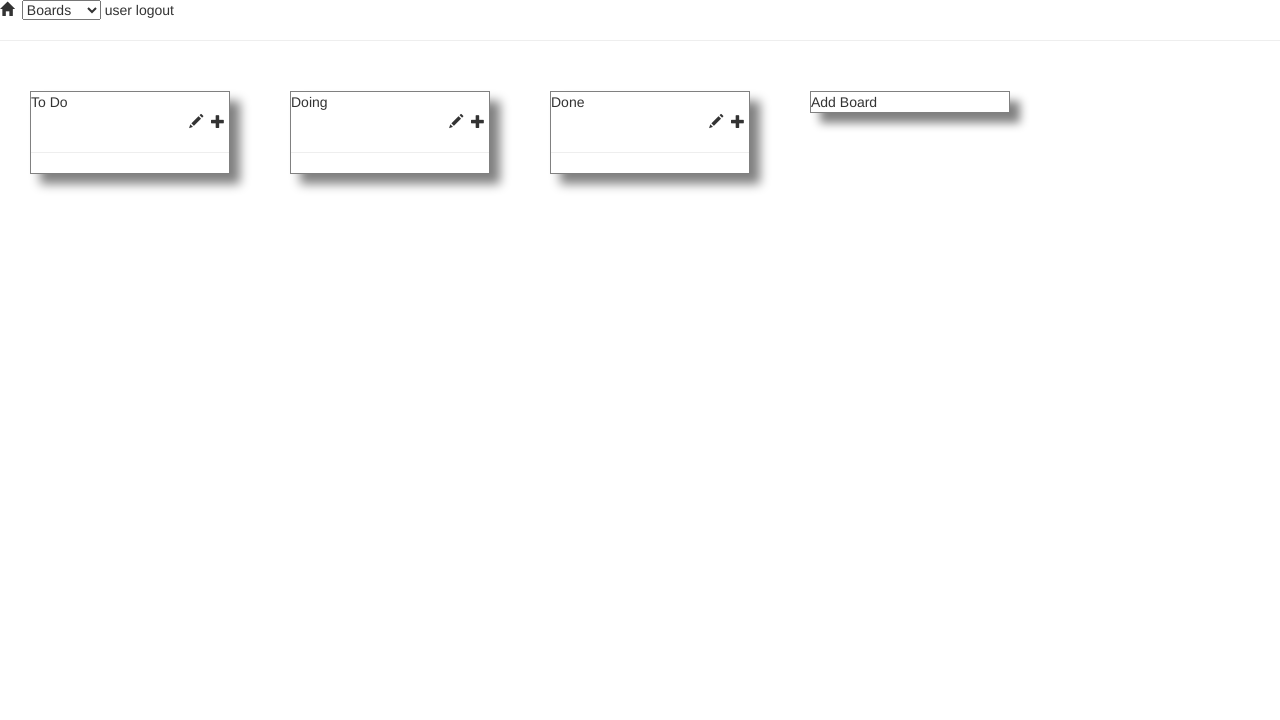
Repository: KIM-KYOUNG-OH/bitcamp-window
Page: Note/WebContent/front/note.html
The author's editor kept a copy of each file at every save. The page is drawn from the files as they stood at one save, then again after the next save.
The browser window is 1280 px wide. The pictures show the whole page.

Above is the page before, as saved 2020-10-30 01:08:19.

### Note/WebContent/front/note.html
<!DOCTYPE html>
<html>
<head>
<meta charset="UTF-8">
<title>Insert title here</title>
<!-- Latest compiled and minified CSS -->
<link rel="stylesheet" href="https://maxcdn.bootstrapcdn.com/bootstrap/3.4.1/css/bootstrap.min.css">

<!-- jQuery library -->
<script src="https://ajax.googleapis.com/ajax/libs/jquery/3.5.1/jquery.min.js"></script>

<!-- Latest compiled JavaScript -->
<script src="https://maxcdn.bootstrapcdn.com/bootstrap/3.4.1/js/bootstrap.min.js"></script>
<script src="https://code.jquery.com/jquery-3.5.0.js"></script>

<style type="text/css">
	div.boards{
		float: left;
		margin: 30px;
		border: 1px solid gray;
		box-shadow: 10px 10px 10px grey;
		width: 200px;
	}

	.board_title{
		display: none;
	}

	.icon{
		text-align: right;
	}

	.add_data:hover{
		cursor: pointer;
		font-weight: bold;
		color: green;
	}

	#dialog-form>form{
		position: absolute;
		left: 100px;
		top: 100px;
		width: 300px;
		height: 700px;
		border: 1px solid black;
		background-color: white;
		z-index: 10;
		padding: 10px;
	}

	#update-form>form{
		position: absolute;
		left: 100px;
		top: 100px;
		width: 300px;
		height: 700px;
		border: 1px solid black;
		background-color: white;
		z-index: 10;
		padding: 10px;
	}

	div.lst:hover{
		background-color: rgb(211,211,211);
		cursor: pointer;

	}

	div.lst{
		margin: 5px;
	}

	img.imgs{
		width: 188px;
	}

</style>
</head>
<script type="text/javascript">
$(function(){
	$("#dialog-form").hide();
	$('#update-form').hide();
	showDatas();

	$("#create_data").click(function(){
		$("#dialog-form").show();
	});

	// 노트 추가
	$("#btnadd").click(function(){
		var title = $("#title").val();
		var description = $("#description").val();
		var commention = $("#comment").text();
		var imageValue = $("#image").val().split("\\");
		var image = "../image/"+imageValue[imageValue.length-1];
		alert(image);
		var dueDate = $("#dueDate").val();
		$.ajax({
			type:'get',
			url:'./insertdata.jsp',
			datatype:'html',
			data:{"title":title,"description":description,"commention":commention,
				"image":image,"dueDate":dueDate},
			success:function(data){

				showDatas();
				$("#title").val('');
				$("#description").val('');
				$("#comment").val('');
				$("#image").val('');
				$("#dueDate").val('');
				$("#dialog-form").hide();
			}
		});
	});

	// insert폼창 닫기
	$("#btncancel").click(function(){
		$("#title").val('');
		$("#description").val('');
		$("#comment").val('');
		$("#image").val('');
		$("#dueDate").val('');
		$("#dialog-form").hide();
	});

	// 데이터 클릭시 form창 열기
	$('#datas').click(function(){
		$('#update-form').show();
		showFormData();
	});

	// update폼창 닫기
	$('#up_btncancel').click(function(){
		$("#up_title").val('');
		$("#up_description").val('');
		$("#up_comment").val('');
		$("#up_image").val('');
		$("#up_dueDate").val('');
		$('#update-form').hide();
	});
});

function showFormDatas(){
	$.ajax({
		type: 'post',
		url: "./showdatas.jsp",
		dataType:'json',
		success:function(data){

		}
	});
}

function showDatas(){
	$.ajax({
		type: 'post',
		url: "./showdatas.jsp",
		dataType:'json',
		success:function(data){
			var s = '';
			$(data).each(function(i, elt) {
				s += "<div class='lst'>";
				s += "<b>"+(i+1)+". "+elt.title+ "</b><br>";
				if(elt.description){
					s += "<span class='glyphicon glyphicon-align-left'></span><br>";
				}
				if(elt.image){
					s += "<img class='imgs' src='"+elt.image+"'>";
				}
				s += "</div><hr>";
			});

			$("#datas").html(s);
		}
	});
}

</script>
<body>
<div id="dialog-form">
  <form>
	<fieldset>
	<h4 style='text-align: center;'><b>노트 추가</b></h4><br>
		<label>title</label><br>
		<input type="text" id="title" required="required" placeholder="노트명 입력"><br>
		<label>description</label><br>
		<textarea id="description" rows='8' cols='35'></textarea><br>
		<label>commention</label><br>
		<input type="text" id="input_comment" placeholder="코멘트 입력"><br>
		<div id="comment">대화</div><br>
		<label>image</label>
		<input type="file" id="image"><br>
		<label>dueDate</label>
		<input type="date" id="dueDate"><br>
		<button id="btnadd" type="submit" class="btn btn-success">노트 추가</button>&nbsp;
		<button id="btncancel" class="btn btn-danger">cancel</button>
	</fieldset>
  </form>
</div>

<div id="update-form">
  <form>
	<fieldset>
	<h4 style='text-align: center;'><b>노트 정보</b></h4><br>
		<label>title</label><br>
		<input type="text" id="up_title" required="required" placeholder="노트명 입력"><br>
		<label>description</label><br>
		<textarea id="up_description" rows='8' cols='35'></textarea><br>
		<label>commention</label><br>
		<input type="text" id="up_input_comment" placeholder="코멘트 입력"><br>
		<div id="up_comment">대화</div><br>
		<label>image</label>
		<input type="file" id="up_image"><br>
		<label>dueDate</label>
		<input type="date" id="up_dueDate"><br>
		<button id="btnupdate" type="submit" class="btn btn-success">노트 수정</button>&nbsp;
		<button id="btndelete" type="submit" class="btn btn-warning">노트 삭제</button>&nbsp;
		<button id="up_btncancel" class="btn btn-danger">cancel</button>
	</fieldset>
  </form>
</div>

<div id='head'></div>
	<span class="glyphicon glyphicon-home"></span>&nbsp;
	<select>
		<option>Boards</option>
		<option>Calendar</option>
	</select>
	<span id='user'>user</span>
	<span>logout</span>
	<hr>
<div id='body'></div>
	<div class='boards'><input type="text" class='board_title'><span>To Do</span><br>
	<div class='icon'>
		<span class="glyphicon glyphicon-pencil"></span>&nbsp;
		<span class="add_data glyphicon glyphicon-plus" id='create_data'></span>&nbsp;
	</div><hr>
	<div id='datas'></div>
	</div>












	<div class='boards'><input type="text" class='board_title'><span>Doing</span><br>
	<div class='icon'>
		<span class="glyphicon glyphicon-pencil"></span>&nbsp;
		<span class="glyphicon glyphicon-plus"></span>&nbsp;
	</div>
	<hr></div>
	<div class='boards'><input type="text" class='board_title'><span>Done</span><br>
	<div class='icon'>
		<span class="glyphicon glyphicon-pencil"></span>&nbsp;
		<span class="glyphicon glyphicon-plus"></span>&nbsp;
	</div><hr>
	<div></div>
</div>
<div class='boards'>Add Board</div>

</body>
</html>

After the next save:
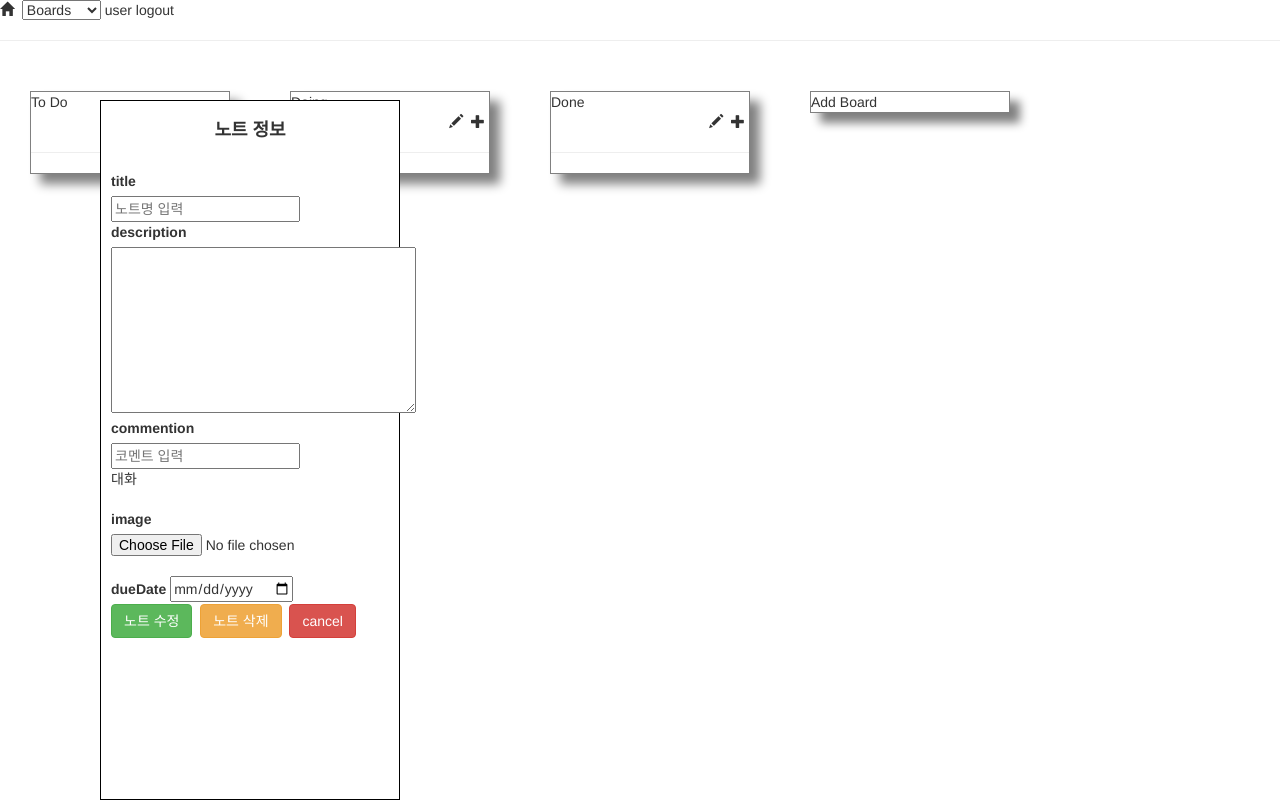
Console error: SyntaxError: Unexpected string
Saved 11 min 28 s later.
--- a/Note/WebContent/front/note.html
+++ b/Note/WebContent/front/note.html
@@ -144,8 +144,9 @@
 function showFormDatas(){
 	$.ajax({
 		type: 'post',
-		url: "./showdatas.jsp",
+		url: "./getdata.jsp",
 		dataType:'json',
+		data:{"num",num},
 		success:function(data){
 
 		}

After the save that followed:
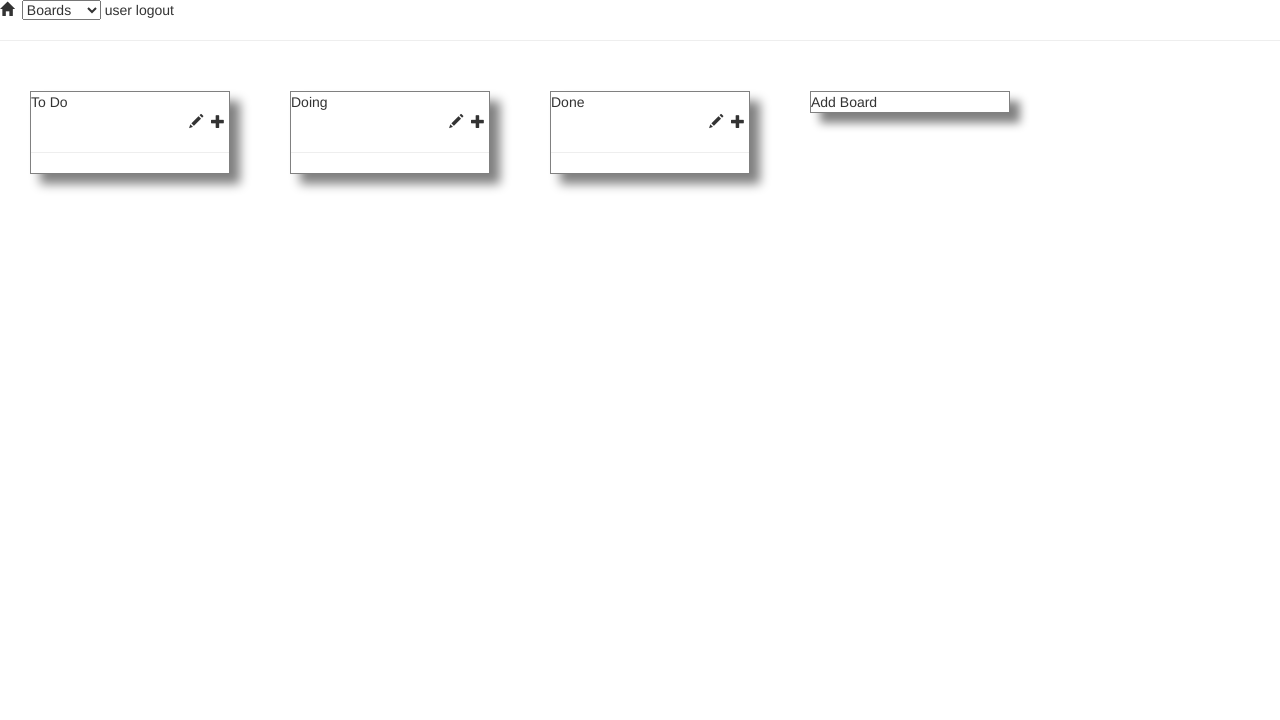
The error is gone.
Saved 14 s later.
--- a/Note/WebContent/front/note.html
+++ b/Note/WebContent/front/note.html
@@ -146,7 +146,7 @@
 		type: 'post',
 		url: "./getdata.jsp",
 		dataType:'json',
-		data:{"num",num},
+		data:{"num":num},
 		success:function(data){
 
 		}
